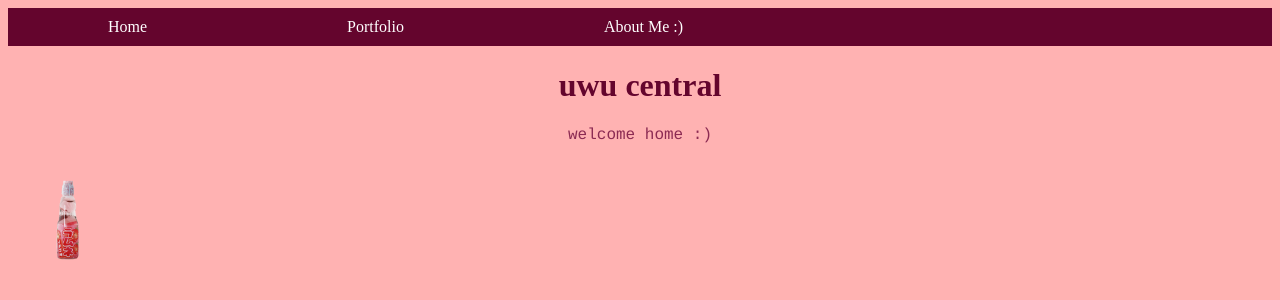
Repository: ycano1934/ycano1934.github.io
Page: my_website/index.html
The author's editor kept a record of every edit. The page is drawn from the files as they stood at one moment, then again after the next edit.
The browser window is 1280 px wide. The pictures show the whole page.

Above is the page before.

### my_website/index.html
<!doctype html>
<html lang="en">


  <head>
    <meta charset="utf-8">
    <meta name="viewport" content="width=device-width, initial-scale=1.0">
    <title>Home</title>



  <style>
#header {
  font-family:comic sans ms;
  color:rgb(100, 5, 45);
}
 body {background-color:rgb(255, 178, 178);
 }

 #paragraphlook {
    font-family:courier;
    color:rgb(140, 43, 83);
}


ul {
  list-style-type: none;
  margin: 0;
  padding: 0;
  overflow: hidden;
  background-color: rgb(100, 5, 45);
}

li {
  float: left;
}

li a {
  display: inline-block;
  color: white; /* text color */
  font-family:comic sans ms;
  text-align: center;
  padding: 10px 100px;
  text-decoration: none;
  background-color: rgb(100, 5, 45)
}

li a:hover {
  background-color: rgb(155, 51, 93);
}




  </style>
  </head>


  <body>

    <ul>
    <li><a href="index.html">Home</a></li>
    <li><a href="portfolio.html">Portfolio</a></li>
    <li><a href="about.html">About Me :)</a></li>
    </ul>

    <h1 id="header" style="text-align:center;">uwu central</h1>
    <p id="paragraphlook" style="text-align:center;">welcome home :)</p>
   <a href="secretone.html">
     <img src="images/pink ramune.png" alt="r a m u n e" style="width:80px;height:80px;padding:20px">
   </a>



  </body>


</html>

After the next edit:
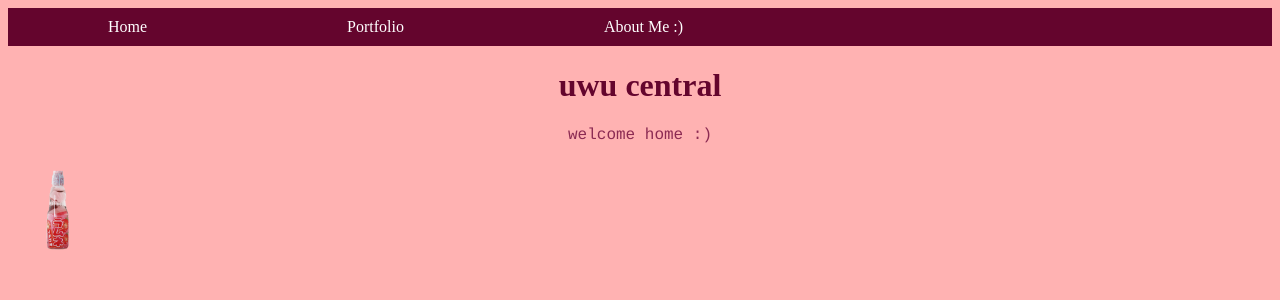
The edit:
--- a/my_website/index.html
+++ b/my_website/index.html
@@ -67,7 +67,7 @@
     <h1 id="header" style="text-align:center;">uwu central</h1>
     <p id="paragraphlook" style="text-align:center;">welcome home :)</p>
    <a href="secretone.html">
-     <img src="images/pink ramune.png" alt="r a m u n e" style="width:80px;height:80px;padding:20px">
+     <img src="images/pink ramune.png" alt="r a m u n e" style="width:80px;height:80px;padding:10px 10px">
    </a>
 
 
